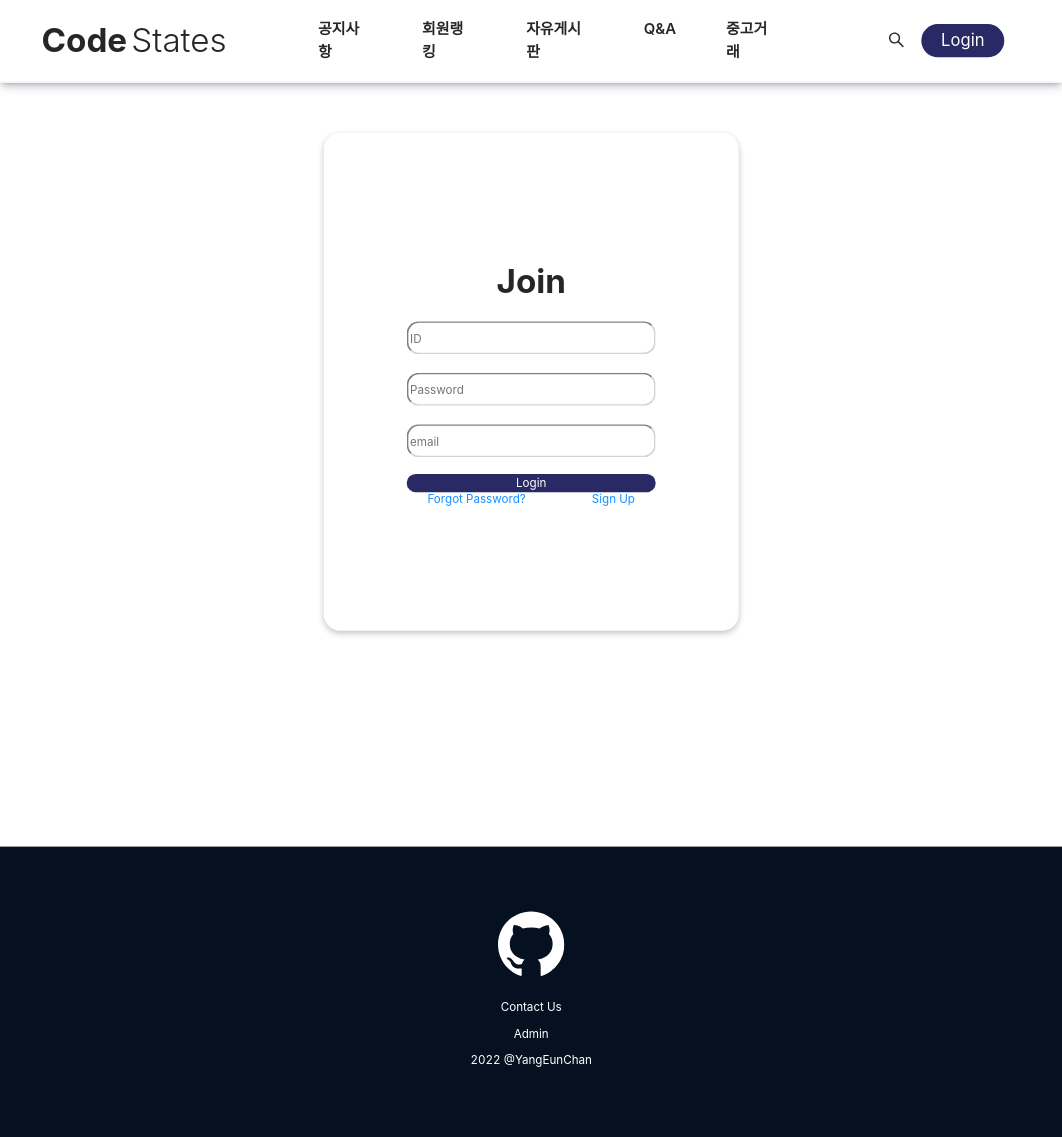
Repository: yangddoddi/devillage-front
Page: /join
These files come from the project's save history. The page is drawn as it stood at one moment and after the next save; the edit follows.
The browser window is 1280 px wide. The pictures show the whole page, at 83% of full size.
The project was rebuilt for these pictures with package versions that can differ from the ones it lists, and the page was loaded fresh each time. Also part of the build but not shown: src/components/searchBox/SearchBox.module.scss, src/components/searchBox/SearchBox.js, src/components/posts/PostItem.module.scss, src/components/posts/PostItem.js, src/page/main/Main.module.scss, src/page/main/Main.js, src/page/login/Login.module.scss, src/page/login/Login.js.

Above is the page before, as saved 2022-09-17 02:22:14.

After the next save:
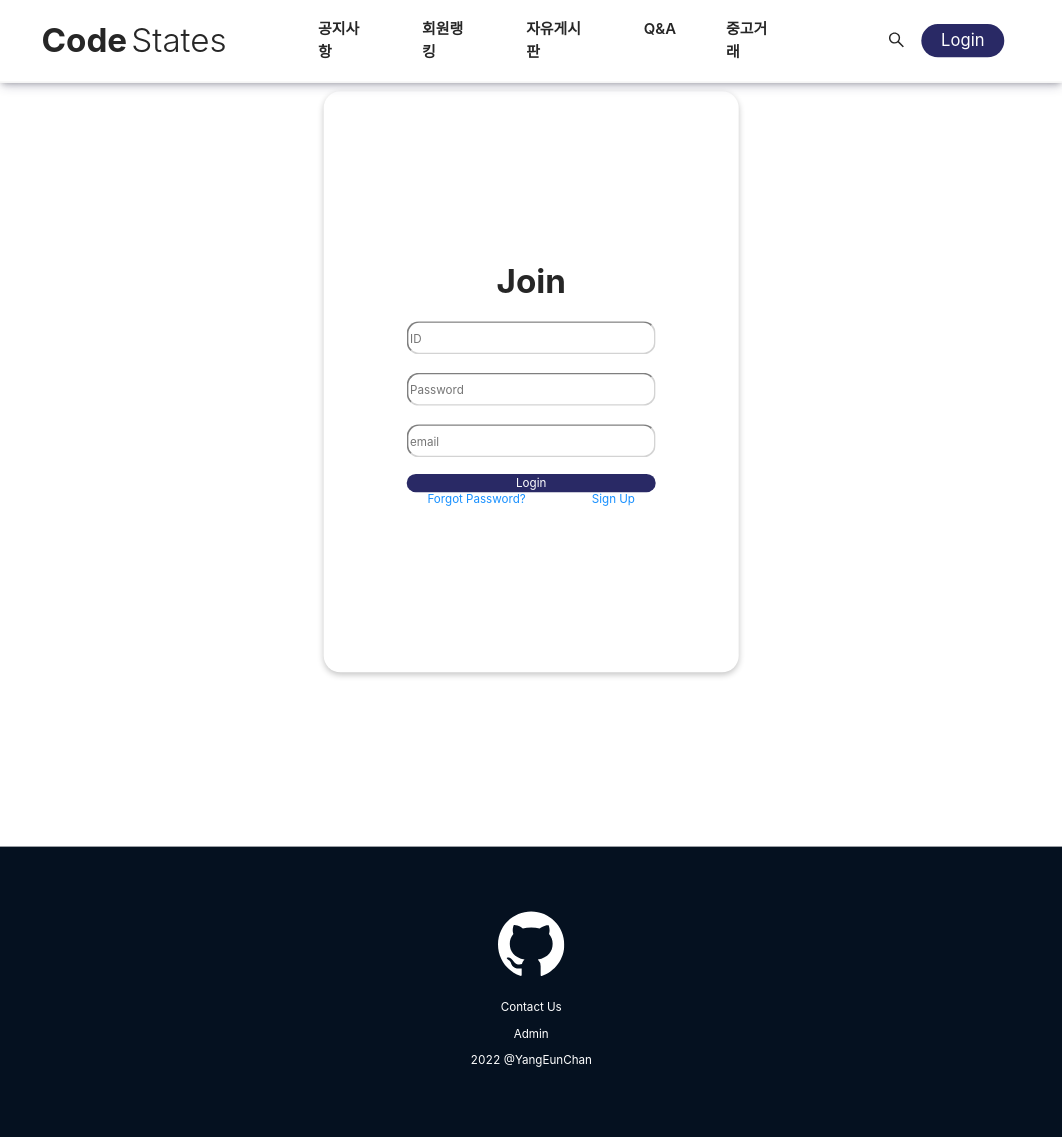
Saved 28 s later.
--- a/src/page/join/Join.module.scss
+++ b/src/page/join/Join.module.scss
@@ -15,7 +15,7 @@
     align-items: center;
     justify-content: center;
     width: 500px;
-    height: 600px;
+    height: 700px;
     background-color: white;
     border-radius: 20px;
     box-shadow: rgba(0, 0, 0, 0.24) 0px 3px 8px;

After the save that followed:
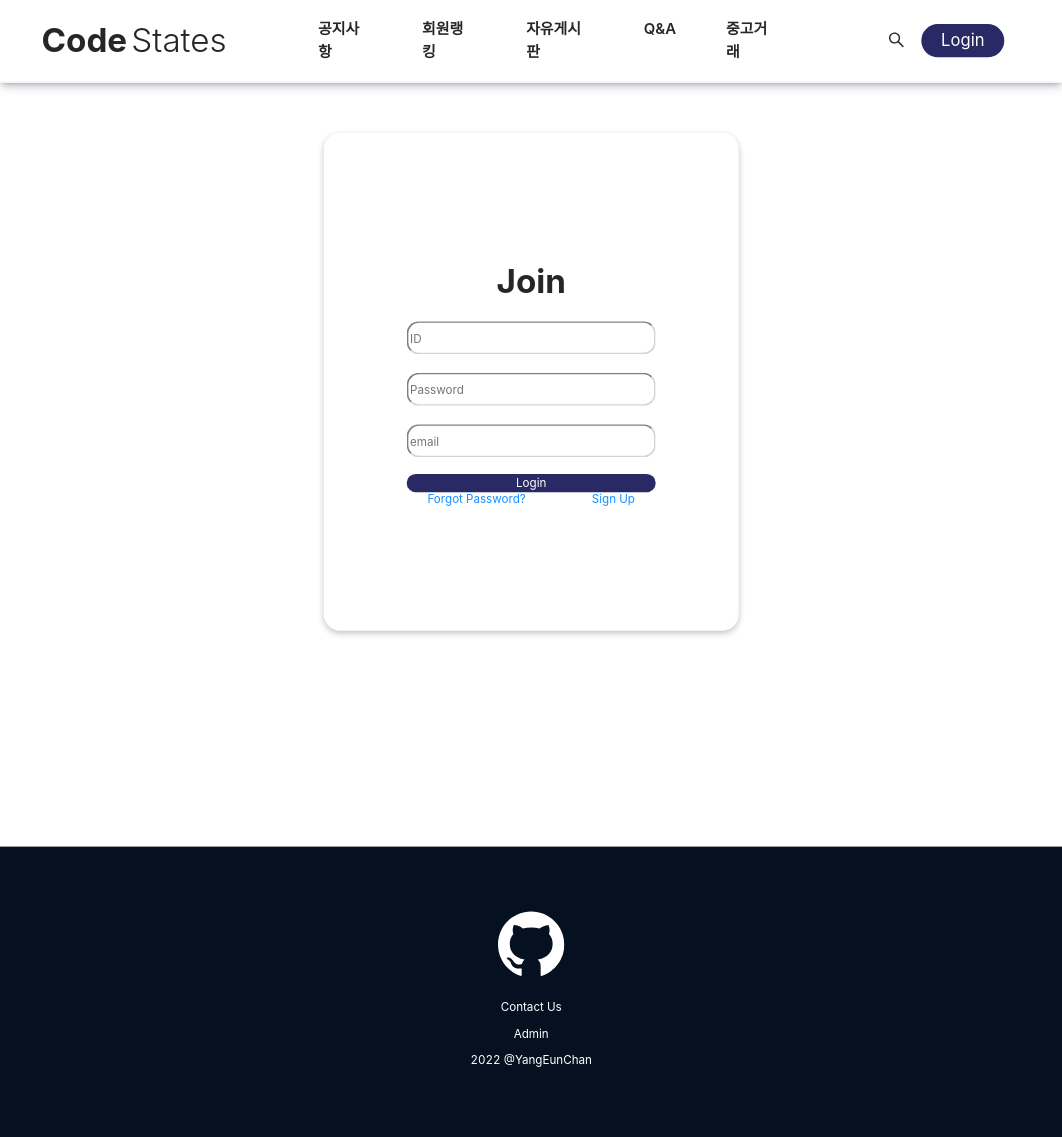
Saved 2 s later.
--- a/src/page/join/Join.module.scss
+++ b/src/page/join/Join.module.scss
@@ -15,7 +15,7 @@
     align-items: center;
     justify-content: center;
     width: 500px;
-    height: 700px;
+    height: 600px;
     background-color: white;
     border-radius: 20px;
     box-shadow: rgba(0, 0, 0, 0.24) 0px 3px 8px;
